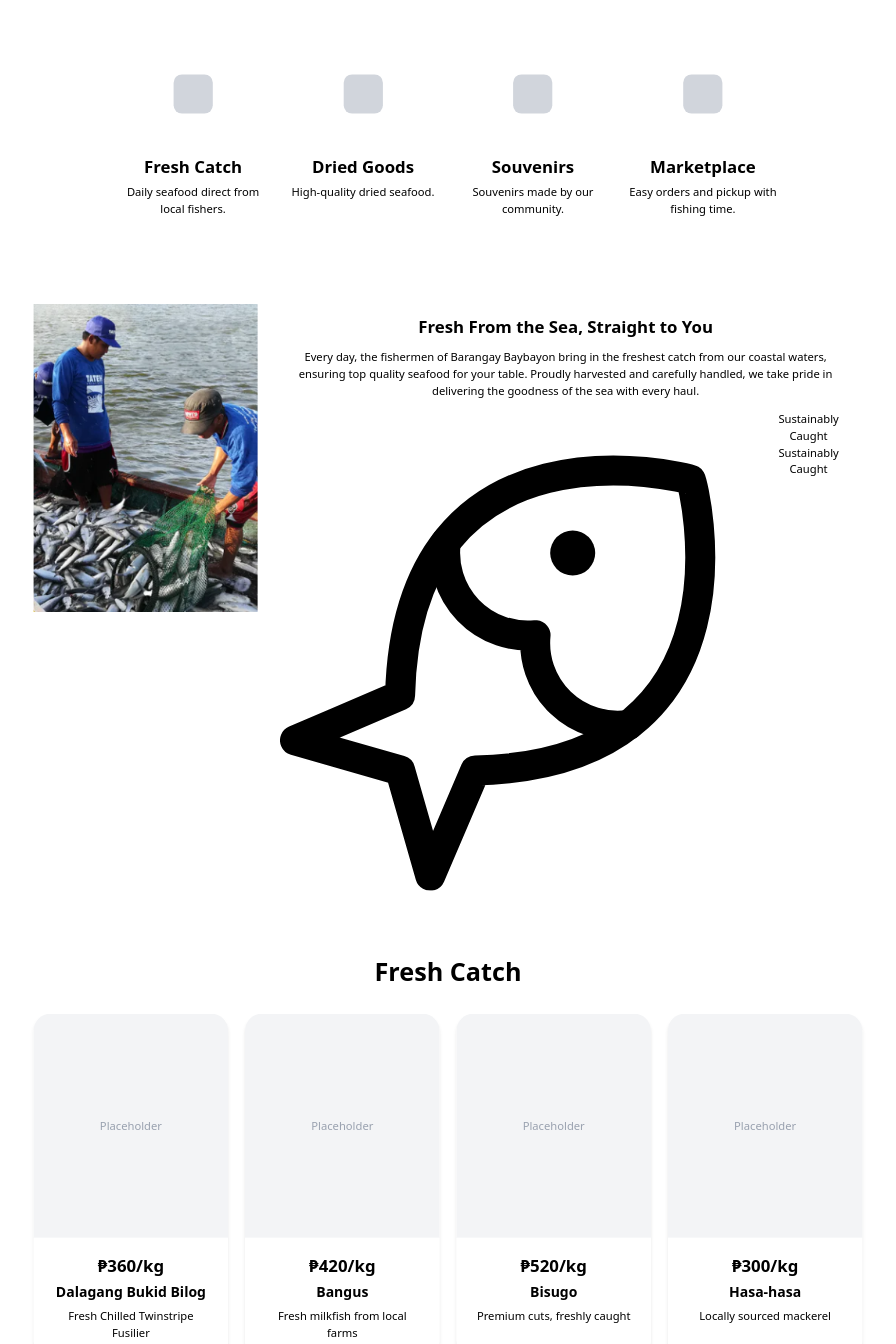
Repository: Coast2Card/coast2cart-frontend
Page: /
These files come from the project's save history. The page is drawn as it stood at one moment and after a run of saves; the edit follows.
The browser window is 1280 px wide. The pictures show the part of the page from y = 1166 to 3086 px (the page is 3359 px tall), at 70% of full size.
The project was rebuilt for these pictures with package versions that can differ from the ones it lists, and the page was loaded fresh each time. Also part of the build but not shown: vite.config.js, src/pages/Seafood.jsx, src/pages/Souvenirs.jsx, src/pages/About.jsx, src/pages/Cart.jsx, src/pages/Profile.jsx, src/pages/Colors.jsx.

Above is the page before, as saved 2025-09-07 15:40:53.

### index.html
<!DOCTYPE html>
<html lang="en" data-theme="coast2cart">
  <head>
    <meta charset="UTF-8" />
    <!-- <link rel="icon" type="image/svg+xml" href="/vite.svg" /> -->
    <meta name="viewport" content="width=device-width, initial-scale=1.0" />
    <title>Coast2Cart</title>
  </head>
  <body>
    <div id="root"></div>
    <script type="module" src="/src/main.jsx"></script>
  </body>
</html>

### src/App.jsx
import { Routes, Route } from "react-router-dom";
import Layout from "./components/Layout";
import Home from "./pages/Home";
import Seafood from "./pages/Seafood";
import Souvenirs from "./pages/Souvenirs";
import About from "./pages/About";
import Cart from "./pages/Cart";
import Profile from "./pages/Profile";
import Colors from "./pages/Colors";
import "./App.css";

function App() {
  return (
    <Routes>
      {/* Routes with shared layout */}
      <Route path="/" element={<Layout />}>
        <Route index element={<Home />} />
        <Route path="seafood" element={<Seafood />} />
        <Route path="souvenirs" element={<Souvenirs />} />
        <Route path="about" element={<About />} />
        <Route path="cart" element={<Cart />} />
        <Route path="profile" element={<Profile />} />
        <Route path="colors" element={<Colors />} />
      </Route>
    </Routes>
  );
}

export default App;

### src/components/Layout.jsx
import { Outlet } from "react-router-dom";
import Navbar from "./Navbar";

const Layout = () => {
  return (
    <div className="min-h-screen bg-base-200">
      {/* Navigation Header */}
      <Navbar />

      {/* Main Content */}
      <main className=" mx-auto  ">
        <Outlet />
      </main>

      {/* Footer */}
      <footer className="bg-base-100 border-t border-base-300 mt-auto">
        <div className="max-w-7xl mx-auto py-4 px-4 sm:px-6 lg:px-8">
          <p className="text-center text-base-content/70 text-sm">
            © 2024 Coast2Cart. All rights reserved.
          </p>
        </div>
      </footer>
    </div>
  );
};

export default Layout;

### src/pages/Home.jsx
import homeBanner from "../assets/images/home_banner.jpg";
import baybayonLogo from "../assets/logos/c2c_white_transparent.png";
import fish1 from "../assets/images/home_fish1.png";
import fish2 from "../assets/images/home_fish2.png";
import fish3 from "../assets/images/home_fish3.png";
import fish4 from "../assets/images/home_fish4.png";
import fish5 from "../assets/images/home_fish5.png";
import HomeFeatures from "../components/home/HomeFeatures";
import HomeFreshCatch from "../components/home/HomeFreshCatch";
import HomeGallery from "../components/home/HomeGallery";
const Home = () => {
  return (
    <main className="relative overflow-x-hidden">
      {/* Home Banner */}
      <section className="w-full h-[70vh] md:h-185 relative">
        <img
          src={homeBanner}
          alt="Home Banner"
          className="w-full h-full object-cover relative z-4"
          onError={(e) => {
            console.log("Image failed to load:", homeBanner);
            e.target.style.display = "none";
          }}
          onLoad={() => console.log("Image loaded successfully:", homeBanner)}
        />

        <div className="absolute inset-0 bg-black opacity-60 z-10"></div>

        <div className="absolute inset-0 z-20 flex items-start py-20 justify-center">
          <div className="text-center text-white">
            <h1 className="text-xl sm:text-2xl lg:text-3xl font-extrabold font-display mb-[-30px] sm:mb-[-30px] md:mb-[-35px] lg:mb-[-47px]">
              Sea the best of Baybayon, from
            </h1>
            <img
              className="w-6/8 sm:w-5/8 md:4/8 lg:3/8 max-w-270 h-auto mx-auto "
              src={baybayonLogo}
            />
            <button className="mt-[-10px] bg-secondary text-primary uppercase px-6 py-2 rounded-full text-md sm:text-lg font-semibold hover:bg-secondary/90 transition-colors">
              Shop Now
            </button>
          </div>
        </div>
      </section>
      <section className=" relative overflow-hidden w-[140vw] flex items-center justify-center gap-6 mb-25   z-30 -mt-61 sm:-mt-60 left-1/2 -translate-x-1/2">
        <img
          src={fish1}
          alt="Fish 1"
          className="min-w-60 sm:w-65 h-90 object-cover rounded-2xl"
        />
        <img
          src={fish2}
          alt="Fish 2"
          className="min-w-65 h-85 sm:w-80 sm:h-110 object-cover rounded-2xl"
        />
        <img
          src={fish3}
          alt="Fish 3"
          className="min-w-75 h-115 sm:w-95 sm:h-125 object-cover rounded-2xl"
        />
        <img
          src={fish4}
          alt="Fish 4"
          className="min-w-65 h-90 sm:w-80 sm:h-110 object-cover rounded-2xl"
        />
        <img
          src={fish5}
          alt="Fish 5"
          className="min-w-60 sm:w-65 h-90 object-cover rounded-2xl"
        />
      </section>
      <section className="max-w-8xl mx-auto p-4 flex flex-col">
        <HomeFeatures className="mb-25" />
        <HomeGallery />
        <HomeFreshCatch />
      </section>
    </main>
  );
};

export default Home;

### src/components/Navbar.jsx
import { Link, useLocation } from "react-router-dom";
import { useState } from "react";
import { navLinks } from "../data/navigation";
import c2cLogo from "../assets/logos/c2c_transparent.png";
import searchIcon from "../assets/icons/search.png";
import cartIcon from "../assets/icons/cart.png";
import profileIcon from "../assets/icons/profile.png";
import commentIcon from "../assets/icons/comment.png";
const Navbar = () => {
  const location = useLocation();
  const [isMobileMenuOpen, setIsMobileMenuOpen] = useState(false);

  const isActive = (path) => {
    return location.pathname === path;
  };

  const toggleMobileMenu = () => {
    setIsMobileMenuOpen(!isMobileMenuOpen);
  };

  const closeMobileMenu = () => {
    setIsMobileMenuOpen(false);
  };

  return (
    <nav className="bg-base-300 shadow-lg py-2 sticky top-0 z-50">
      <div className="mx-auto px-6 sm:px-6 lg:px-8">
        <div className="flex justify-between h-16">
          <div className="flex items-center">
            <Link to="/" className="flex-shrink-0">
              <img src={c2cLogo} alt="Coast2Cart" className="h-17" />
            </Link>
          </div>

          {/* Desktop Navigation */}
          <div className="hidden md:flex items-center space-x-8">
            {navLinks.map((link) => (
              <Link
                key={link.path}
                to={link.path}
                className={`px-3 py-2 rounded-md text-md font-bold transition-colors ${
                  isActive(link.path)
                    ? " text-accent after:content-[''] after:block after:w-full after:h-0.5 after:bg-accent after:rounded-full"
                    : "text-black hover:text-primary hover:bg-base-200"
                }`}
              >
                {link.label}
              </Link>
            ))}
          </div>

          {/* Desktop Icons - Hidden on mobile */}
          <div className="hidden md:flex items-center gap-4 lg:gap-6">
            <img
              src={searchIcon}
              alt="Search"
              className="h-5 w-5 lg:h-5.5 lg:w-5.5 hover:cursor-pointer hover:opacity-60 transition-opacity duration-300"
            />
            <img
              src={commentIcon}
              alt="Comment"
              className="h-5 w-5 lg:h-5.5 lg:w-5.5 hover:cursor-pointer hover:opacity-60 transition-opacity duration-300"
            />
            <img
              src={cartIcon}
              alt="Cart"
              className="h-5 w-5 lg:h-5.5 lg:w-5.5 hover:cursor-pointer hover:opacity-60 transition-opacity duration-300"
            />
            <img
              src={profileIcon}
              alt="Profile"
              className="h-5 w-5 lg:h-5.5 lg:w-5.5 hover:cursor-pointer hover:opacity-60 transition-opacity duration-300"
            />
          </div>

          {/* Mobile menu button */}
          <div className="md:hidden flex items-center">
            <button
              onClick={toggleMobileMenu}
              className="inline-flex items-center justify-center p-2 rounded-md text-base-content hover:text-primary hover:bg-base-200 focus:outline-none focus:ring-2 focus:ring-inset focus:ring-primary"
              aria-expanded="false"
            >
              <span className="sr-only">Open main menu</span>
              {!isMobileMenuOpen ? (
                <svg
                  className="block h-6 w-6"
                  xmlns="http://www.w3.org/2000/svg"
                  fill="none"
                  viewBox="0 0 24 24"
                  stroke="currentColor"
                  aria-hidden="true"
                >
                  <path
                    strokeLinecap="round"
                    strokeLinejoin="round"
                    strokeWidth="2"
                    d="M4 6h16M4 12h16M4 18h16"
                  />
                </svg>
              ) : (
                <svg
                  className="block h-6 w-6"
                  xmlns="http://www.w3.org/2000/svg"
                  fill="none"
                  viewBox="0 0 24 24"
                  stroke="currentColor"
                  aria-hidden="true"
                >
                  <path
                    strokeLinecap="round"
                    strokeLinejoin="round"
                    strokeWidth="2"
                    d="M6 18L18 6M6 6l12 12"
                  />
                </svg>
              )}
            </button>
          </div>
        </div>
      </div>

      {/* Mobile Navigation Menu */}
      <div className={`md:hidden ${isMobileMenuOpen ? "block" : "hidden"}`}>
        <div className="px-2 pt-2 pb-3 space-y-1 sm:px-3 bg-base-100 border-t border-base-300">
          {navLinks.map((link) => (
            <Link
              key={link.path}
              to={link.path}
              onClick={closeMobileMenu}
              className={`block px-3 py-2 rounded-md text-base font-medium transition-colors ${
                isActive(link.path)
                  ? "bg-primary text-primary-content"
                  : "text-base-content hover:text-primary hover:bg-base-200"
              }`}
            >
              {link.label}
            </Link>
          ))}

          {/* Mobile Icons */}
          <div className="flex items-center justify-center gap-6 pt-4 border-t border-base-300 mt-4">
            <img
              src={searchIcon}
              alt="Search"
              className="h-6 w-6 hover:cursor-pointer hover:opacity-60 transition-opacity duration-300"
            />
            <img
              src={commentIcon}
              alt="Comment"
              className="h-6 w-6 hover:cursor-pointer hover:opacity-60 transition-opacity duration-300"
            />
            <img
              src={cartIcon}
              alt="Cart"
              className="h-6 w-6 hover:cursor-pointer hover:opacity-60 transition-opacity duration-300"
            />
            <img
              src={profileIcon}
              alt="Profile"
              className="h-6 w-6 hover:cursor-pointer hover:opacity-60 transition-opacity duration-300"
            />
          </div>
        </div>
      </div>
    </nav>
  );
};

export default Navbar;

### src/components/home/HomeFeatures.jsx
import cartIcon from "../../assets/icons/cart.png";
import commentIcon from "../../assets/icons/comment.png";
import profileIcon from "../../assets/icons/profile.png";
import searchIcon from "../../assets/icons/search.png";

const features = [
  {
    icon: cartIcon,
    title: "Fresh Catch",
    description: "Daily seafood direct from local fishers.",
  },
  {
    icon: searchIcon,
    title: "Dried Goods",
    description: "High-quality dried seafood.",
  },
  {
    icon: commentIcon,
    title: "Souvenirs",
    description: "Souvenirs made by our community.",
  },
  {
    icon: profileIcon,
    title: "Marketplace",
    description: "Easy orders and pickup with fishing time.",
  },
];

const HomeFeatures = ({ className = "" }) => {
  return (
    <article className={` mx-auto w-full ${className}`}>
      <section className="grid grid-cols-1 sm:grid-cols-2 space-y-6 lg:grid-cols-4 gap-6 sm:w-[95%] lg:w-[90%] xl:w-[80%] mx-auto">
        {features.map((item, index) => (
          <div
            key={index}
            className="flex flex-col items-center justify-start gap-2"
          >
            <div className="bg-accent mb-2 p-11 sm:p-11 flex justify-center items-center rounded-full">
              <div className="bg-gray-300 rounded-xl p-1 h-14 w-14"></div>
            </div>
            <h3 className="text-2xl font-bold text-primary">{item.title}</h3>
            <h3 className="text-md text-center">{item.description}</h3>
          </div>
        ))}
      </section>
    </article>
  );
};

export default HomeFeatures;

### src/components/home/HomeFreshCatch.jsx
const freshCatchItems = [
  {
    id: 1,
    price: "₱360/kg",
    name: "Dalagang Bukid Bilog",
    description: "Fresh Chilled Twinstripe Fusilier",
    image: null,
  },
  {
    id: 2,
    price: "₱420/kg",
    name: "Bangus",
    description: "Fresh milkfish from local farms",
    image: null,
  },
  {
    id: 3,
    price: "₱520/kg",
    name: "Bisugo",
    description: "Premium cuts, freshly caught",
    image: null,
  },
  {
    id: 4,
    price: "₱300/kg",
    name: "Hasa-hasa",
    description: "Locally sourced mackerel",
    image: null,
  },
];

const HomeFreshCatch = ({ className = "" }) => {
  return (
    <div className={`flex flex-col text-center ${className}`}>
      <h1 className="text-4xl font-bold text-accent mb-10">Fresh Catch</h1>
      <section className="grid grid-cols-1 sm:grid-cols-2 xl:grid-cols-4  gap-6 mb-8">
        {freshCatchItems.map((item) => (
          <div
            key={item.id}
            className="flex flex-col shadow-md overflow-hidden rounded-3xl"
          >
            <div className="bg-gray-100 h-80 flex items-center justify-center text-gray-400">
              Placeholder
            </div>
            <div className="bg-white p-6  flex flex-col gap-2 text-center items-center justify-center">
              <h3 className="text-success text-2xl font-bold">{item.price}</h3>
              <h3 className="text-black font-bold text-xl">{item.name}</h3>
              <p className="text-md">{item.description}</p>
            </div>
          </div>
        ))}
      </section>
      <div className="mb-20">
        <button className="bg-secondary text-primary uppercase px-6 py-2 rounded-full text-md font-semibold hover:bg-secondary/90 transition-colors">
          View All
        </button>
      </div>
    </div>
  );
};

export default HomeFreshCatch;

### src/components/home/HomeGallery.jsx
import React from "react";
import homeGallery1 from "../../assets/images/home_gallery1.png";
const HomeGallery = () => {
  return (
    <div className="w-full flex gap-4 mb-20 ">
      <div className="flex-1 min-w-80 w-full h-110 ">
        <img src={homeGallery1} className="w-full h-full object-cover  " />
      </div>
      <div className=" flex flex-col min-w-20  p-4 gap-4 justify-center">
        <h2 className="font-bold text-2xl text-primary">
          Fresh From the Sea, Straight to You
        </h2>
        <p className="text-md">
          Every day, the fishermen of Barangay Baybayon bring in the freshest
          catch from our coastal waters, ensuring top quality seafood for your
          table. Proudly harvested and carefully handled, we take pride in
          delivering the goodness of the sea with every haul.
        </p>
        <div className="flex gap-2 text-primary">
          <svg xmlns="http://www.w3.org/2000/svg" viewBox="0 0 256 256">
            <rect width="256" height="256" fill="none" />
            <circle cx="156" cy="76" r="12" className="fill-primary" />
            <path
              d="M8,175.87l56.07,16.06,16,56.07,24-56.07C258.51,188.26,220,38.68,219,37c-1.73-1-151.25-39.46-155,114.9Z"
              fill="none"
              stroke="currentColor"
              stroke-linecap="round"
              stroke-linejoin="round"
              stroke-width="16"
            />
            <path
              d="M185.82,167.62A44,44,0,0,1,136.2,119.8,44,44,0,0,1,88.38,70.21"
              fill="none"
              stroke="currentColor"
              stroke-linecap="round"
              stroke-linejoin="round"
              stroke-width="16"
            />
          </svg>
          <div className="flex flex-col">
            <h3>Sustainably Caught</h3>
            <h3>Sustainably Caught</h3>
          </div>
        </div>
      </div>
    </div>
  );
};

export default HomeGallery;

### src/data/navigation.js
// Navigation links data
export const navLinks = [
  { path: "/", label: "Home" },
  { path: "/seafood", label: "Seafood" },
  { path: "/souvenirs", label: "Souvenirs" },
  { path: "/about", label: "About" },
  // { path: "/cart", label: "Cart" },
  // { path: "/profile", label: "Profile" },
  // { path: "/colors", label: "Colors" },
];

Loaded but not shown: src/main.jsx (common file); src/index.css (common file); src/App.css (common file)

After the next 3 saves:
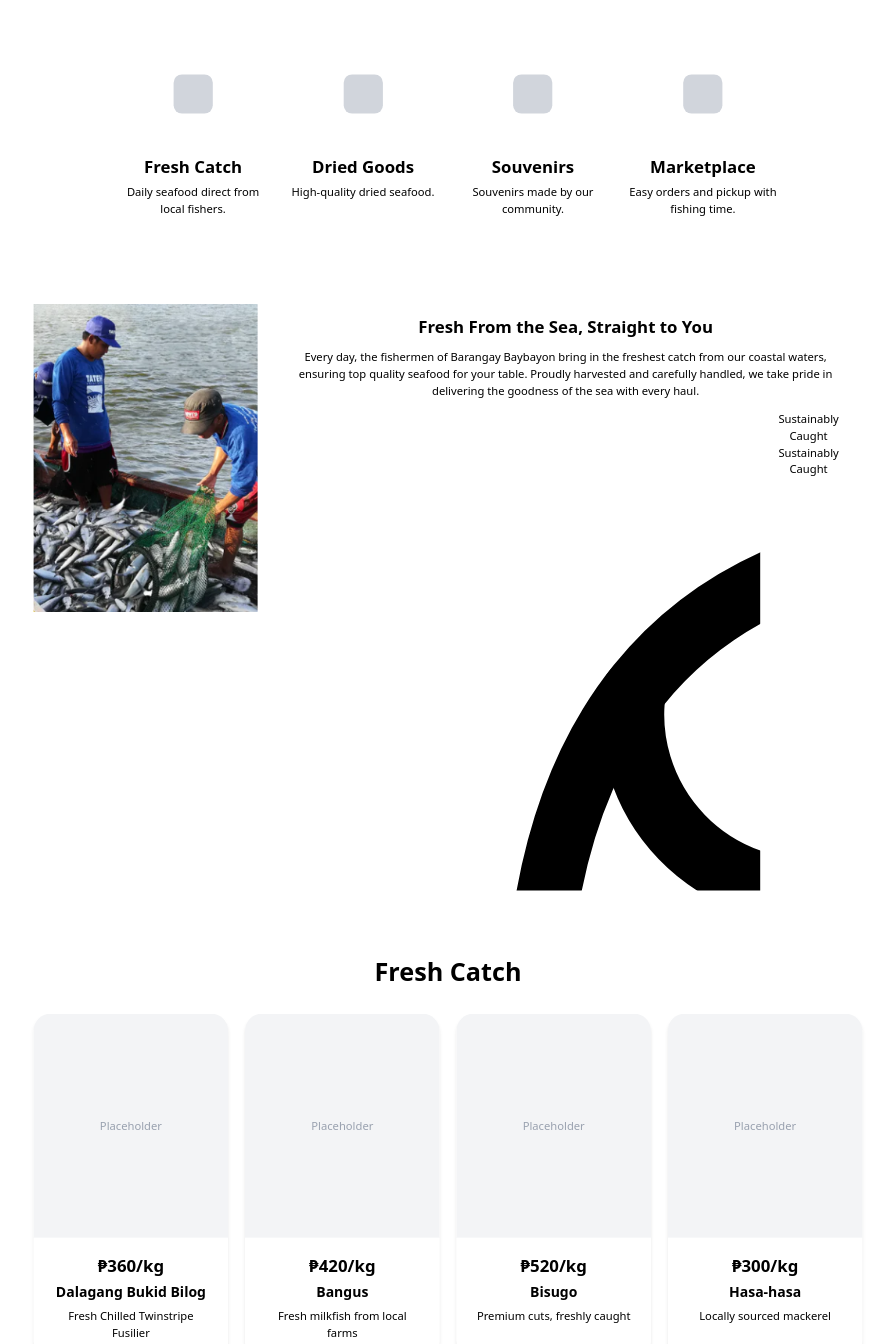
The 3 saves are shown as one change because they came seconds apart.
The last was saved 15 s later.
--- a/src/components/home/HomeGallery.jsx
+++ b/src/components/home/HomeGallery.jsx
@@ -17,7 +17,7 @@
           delivering the goodness of the sea with every haul.
         </p>
         <div className="flex gap-2 text-primary">
-          <svg xmlns="http://www.w3.org/2000/svg" viewBox="0 0 256 256">
+          <svg xmlns="http://www.w3.org/2000/svg" viewBox="0 0 120 120">
             <rect width="256" height="256" fill="none" />
             <circle cx="156" cy="76" r="12" className="fill-primary" />
             <path

After the 4 saves that followed:
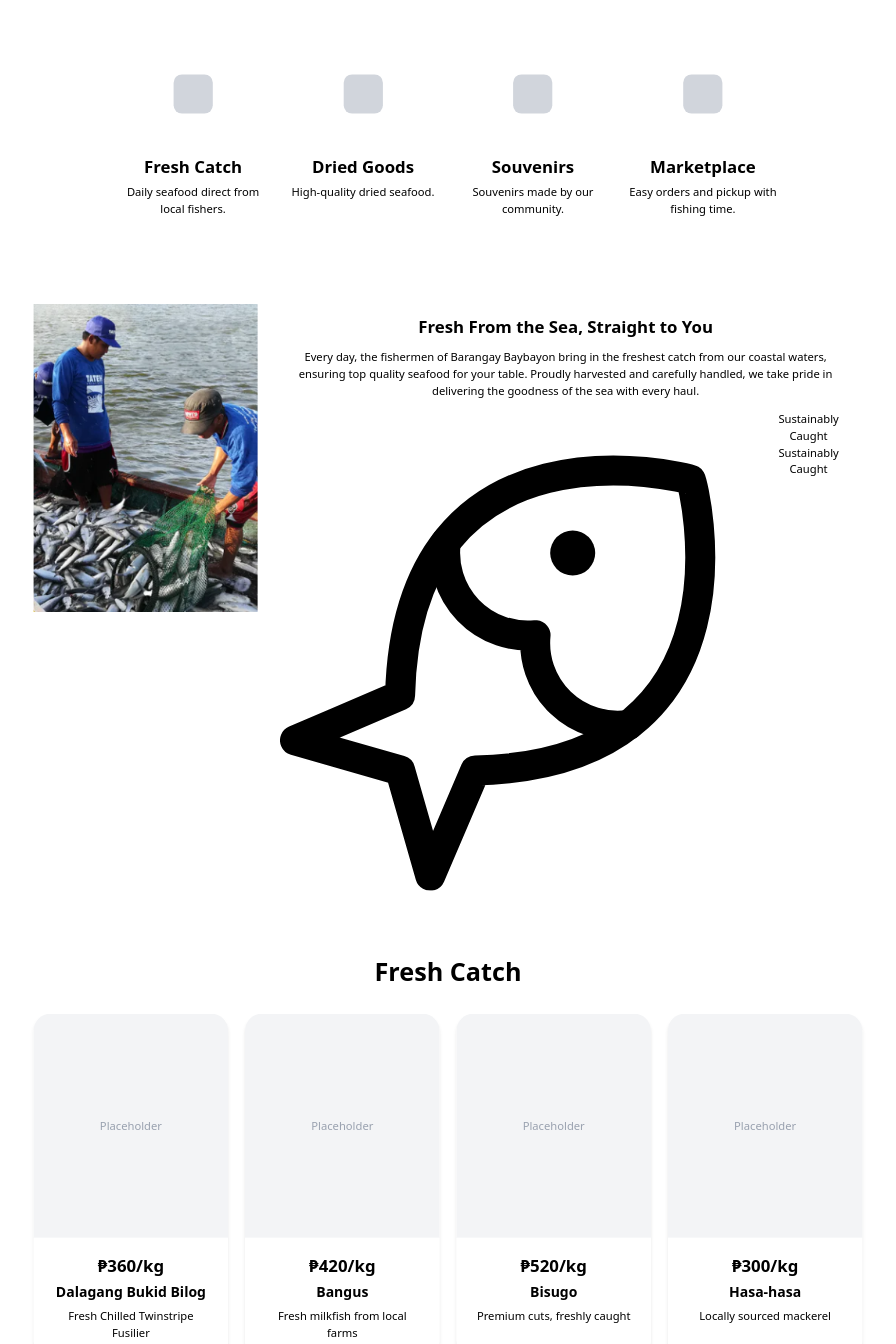
The 4 saves are shown as one change because 1 left the picture as it was and some came seconds apart.
The last was saved 11 s later.
--- a/src/components/home/HomeGallery.jsx
+++ b/src/components/home/HomeGallery.jsx
@@ -17,7 +17,7 @@
           delivering the goodness of the sea with every haul.
         </p>
         <div className="flex gap-2 text-primary">
-          <svg xmlns="http://www.w3.org/2000/svg" viewBox="0 0 120 120">
+          <svg xmlns="http://www.w3.org/2000/svg" viewBox="0 0 256 256">
             <rect width="256" height="256" fill="none" />
             <circle cx="156" cy="76" r="12" className="fill-primary" />
             <path
